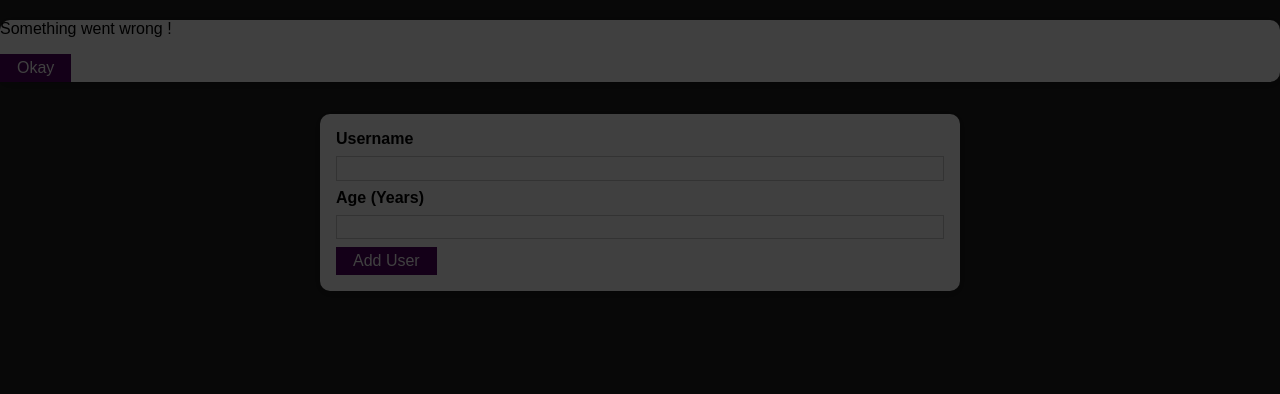
Repository: otvertka/MSC_4
Page: /
These files come from the project's save history. The page is drawn as it stood at one moment and after the next save; the edit follows.
The browser window is 1280 px wide. The pictures show the whole page.
The project was rebuilt for these pictures with package versions that can differ from the ones it lists, and the page was loaded fresh each time.

Above is the page before, as saved 2023-07-06 20:19:11.

After the next save:
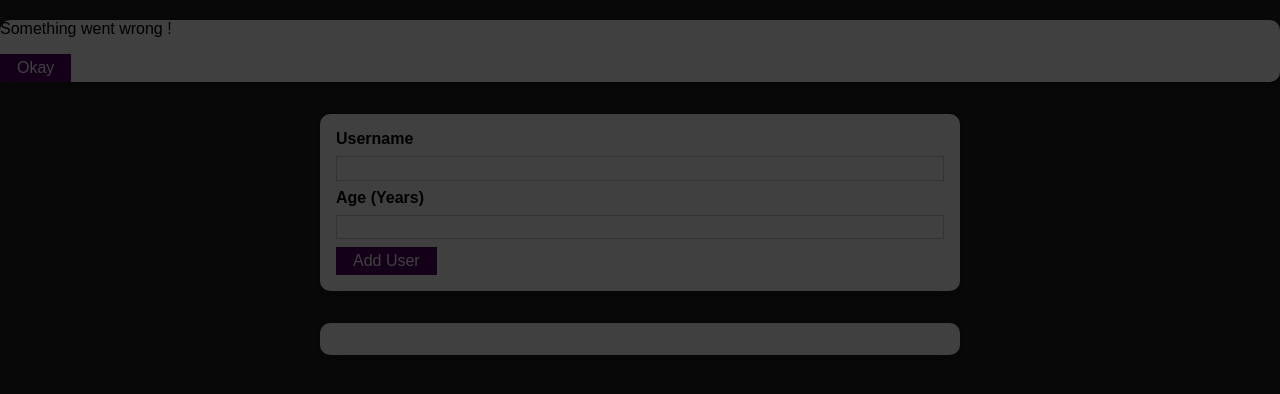
Saved 34 s later.
--- a/src/components/UserList/UserList.js
+++ b/src/components/UserList/UserList.js
@@ -4,7 +4,7 @@ import Card from "../Card/Card";
 
 const UserList = (props) => {
   return (
-    <Card cssClass={classes.users}>
+    <Card className={classes.users}>
       <ul>
         {props.users.map((user) => (
           <li key={user.id}>
